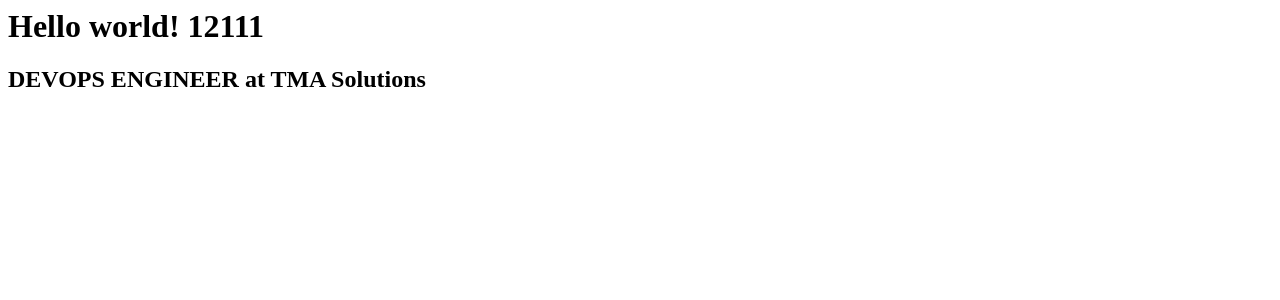
Repository: hopnguyen123/jenkins-github
Page: index.html
The author's editor kept a copy of each file at every save. The page is drawn from the files as they stood at one save, then again after the next save.
The browser window is 1280 px wide. The pictures show the whole page.

Above is the page before, as saved 2023-03-04 16:49:42.

After the next save:
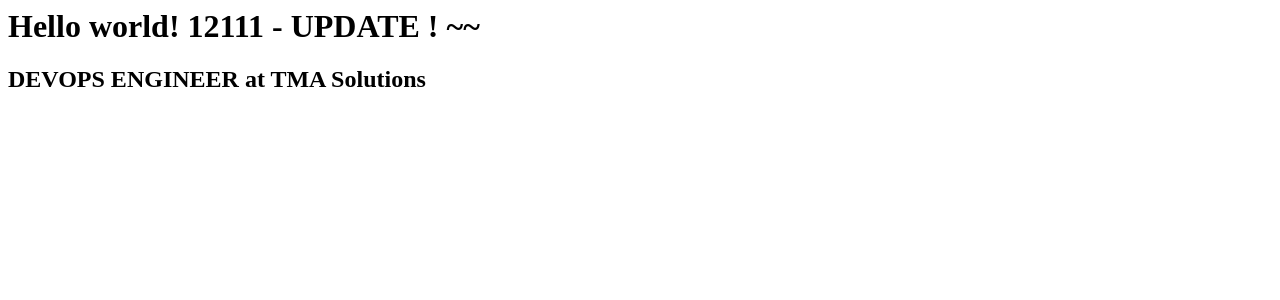
Saved 20 min 27 s later.
--- a/index.html
+++ b/index.html
@@ -1,2 +1,2 @@
-<h1>Hello world! 12111</h1>
+<h1>Hello world! 12111 - UPDATE ! ~~ </h1>
 <h2> DEVOPS ENGINEER at TMA Solutions </h2>
